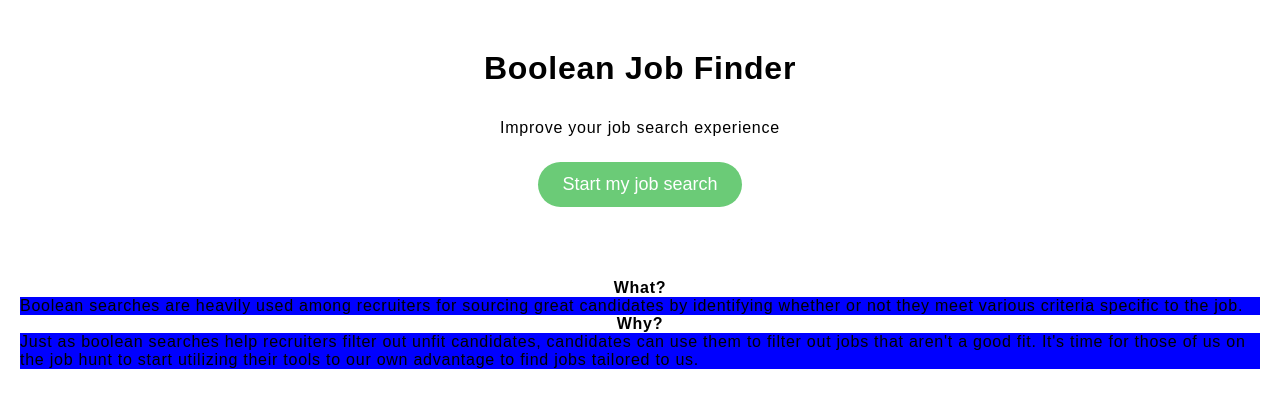
Repository: Rthompson2548/boolean-job-searcher
Page: /
These files come from the project's save history. The page is drawn as it stood at one moment and after a run of saves; the edit follows.
The browser window is 1280 px wide. The pictures show the whole page.
The project was rebuilt for these pictures with package versions that can differ from the ones it lists, and the page was loaded fresh each time.

Above is the page before, as saved 2022-04-05 14:14:51.

After the next 3 saves:
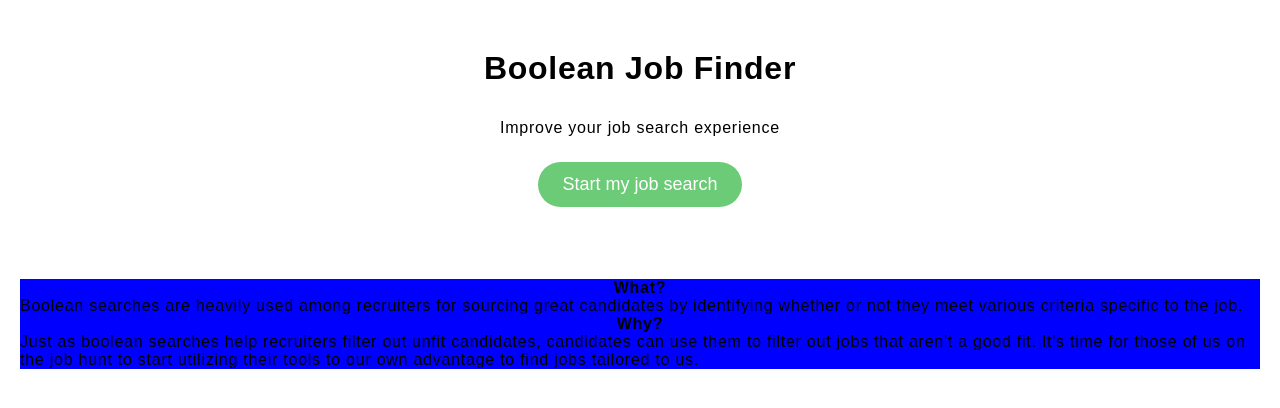
The 3 saves are shown as one change because they came seconds apart.
The last was saved 10 s later.
--- a/src/styles.css
+++ b/src/styles.css
@@ -47,12 +47,13 @@ h3 {
 }
 
 .what-why p {
-    background-color: blue;
+  background-color: blue;
   text-align: left !important;
 }
 
 .what-why h4 {
   /* margin: 20px 0 10px 0; */
+  background-color: blue;
 }
 
 
